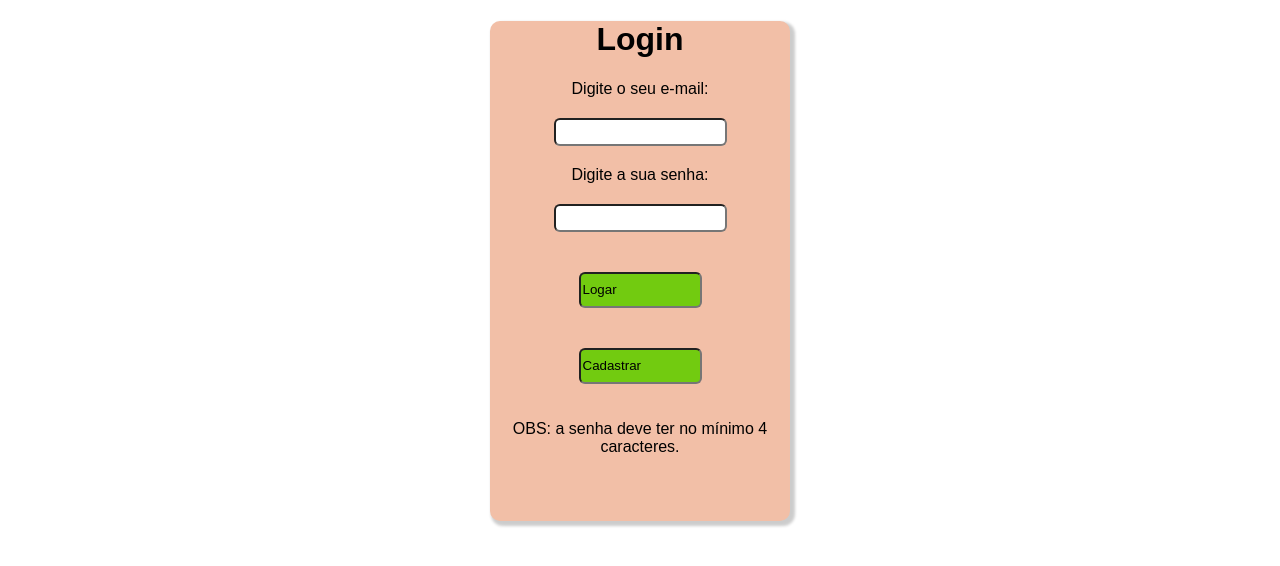
Repository: leviviana21/Java-web-login
Page: http://localhost/conexao_bd/
These files come from the project's save history. The page is drawn as it stood at one moment and after the next save; the edit follows.
The browser window is 1280 px wide. The pictures show the whole page.
The page is served by Tomcat 9.

Above is the page before, as saved 2025-06-20 16:37:44.

After the next save:
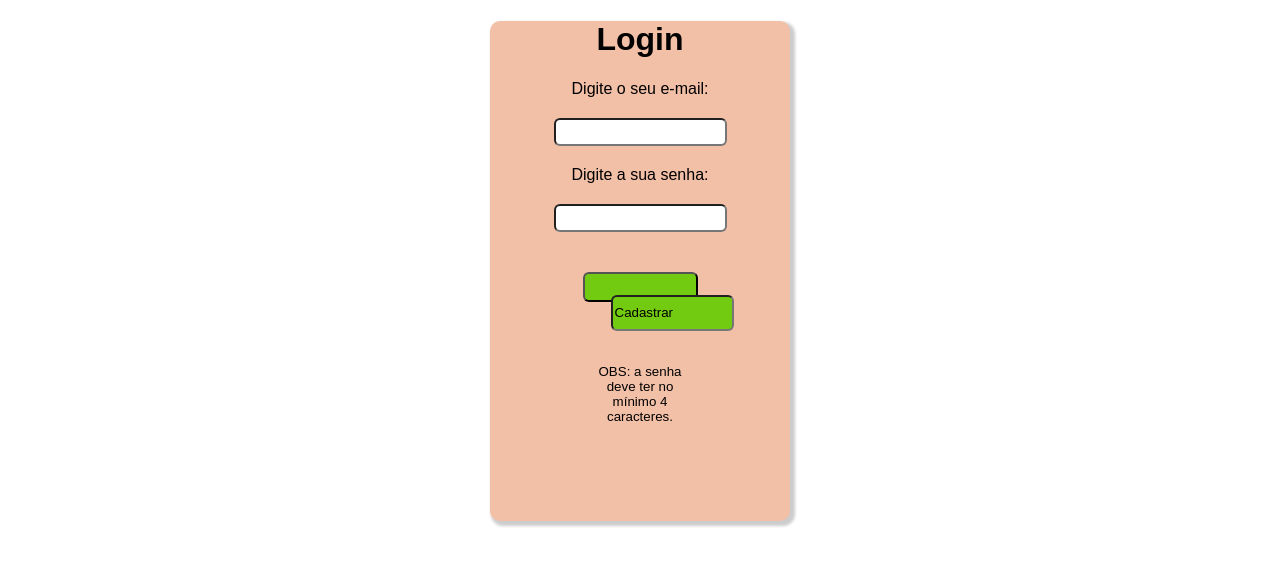
Saved 18 s later.
--- a/conexao_bd/src/main/webapp/index.jsp
+++ b/conexao_bd/src/main/webapp/index.jsp
@@ -18,8 +18,8 @@
         <label>Digite a sua senha: </label>
         <input type="password" name="txtSenha" class="emailsenha" >
         <br>
-        <input value="Logar" name="botao" class="botao-login">
-        <input onclick="window.location.href = dashboard.jsp" value="Cadastrar" name="botao" class="botao-login">
+        <button type="submit" value="Logar" name="botao" class="botao-login">
+        <input  onclick="window.location.href = dashboard.jsp" value="Cadastrar" name="botao" class="botao-login">
         <p>OBS: a senha deve ter no mínimo 4 caracteres.</p>
         <%
 			if(request.getAttribute("error") != null){
